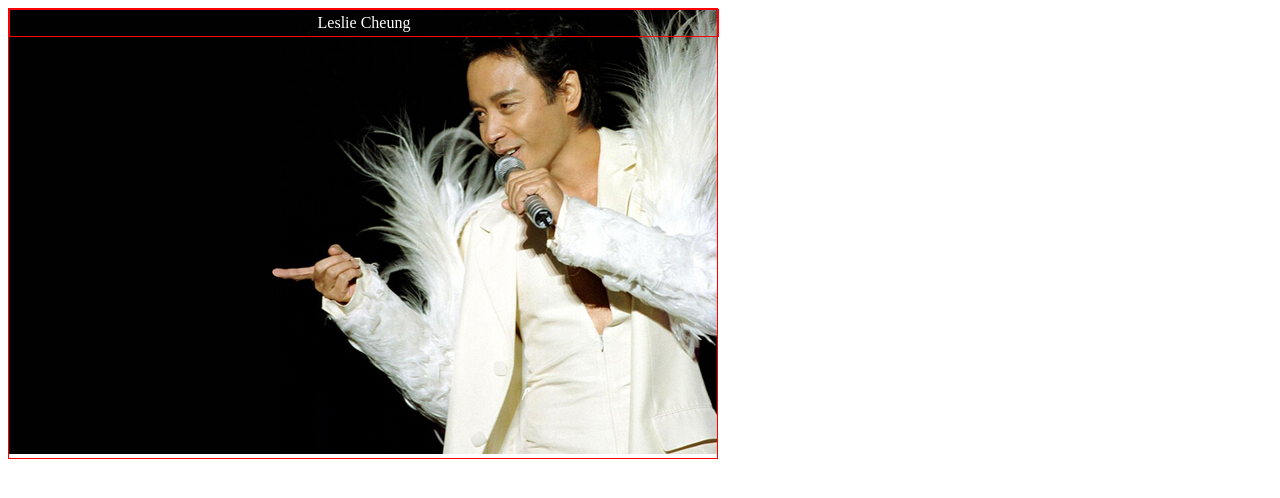
Repository: MasterKweng/workspace
Page: WebBasic/WebContent/Day02/新闻图片.html
An editor plug-in stored every save of this project. The page is shown before and after the next save, followed by the edit.
The browser window is 1280 px wide. The pictures show the whole page.

Above is the page before, as saved 2018-01-05 08:12:19.

After the next save:
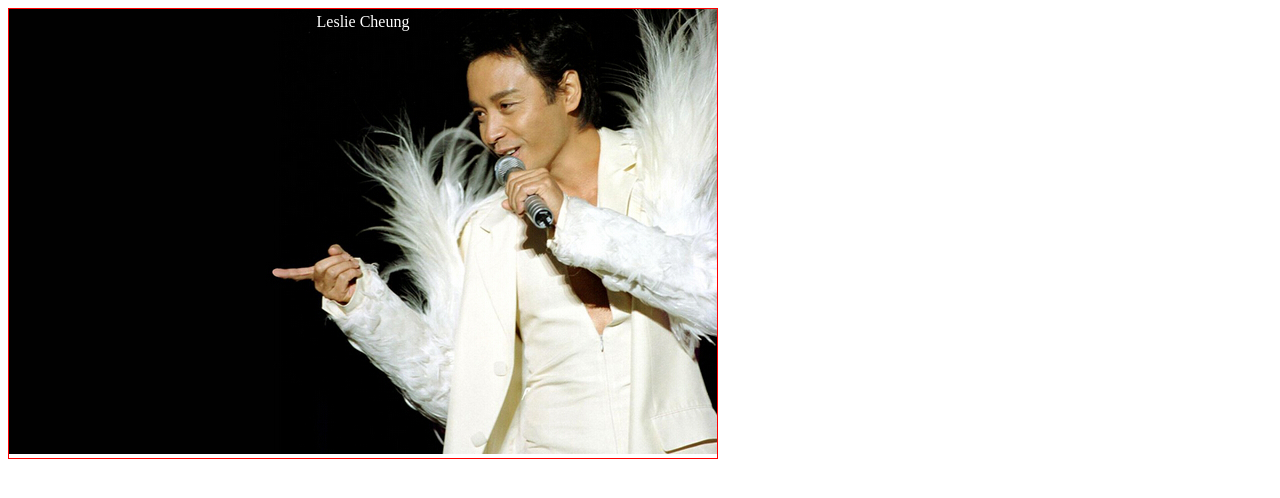
Saved 67 s later.
--- a/WebBasic/WebContent/Day02/新闻图片.html
+++ b/WebBasic/WebContent/Day02/新闻图片.html
@@ -10,7 +10,7 @@
 				position:relative;
 			}
 			p{
-				border:1px solid red;
+
 				position:absolute;
 				top:0px;
 				left:0px;
